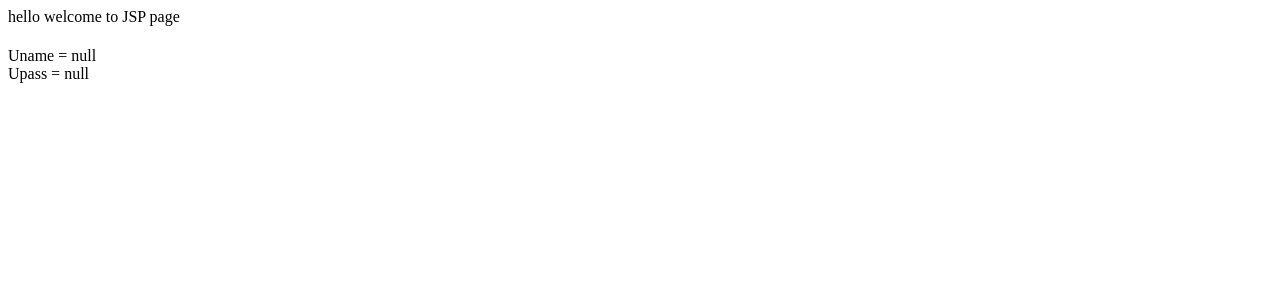
Repository: Asterisc-Institute/Adv-Java-Batch8
Page: http://localhost/Jsp-Day01/home.jsp
The author's editor kept a copy of each file at every save. The page is drawn from the files as they stood at one save, then again after the next save.
The browser window is 1280 px wide. The pictures show the whole page.
The page is served by Tomcat 9.

Above is the page before, as saved 2023-05-06 15:51:25.

After the next save:
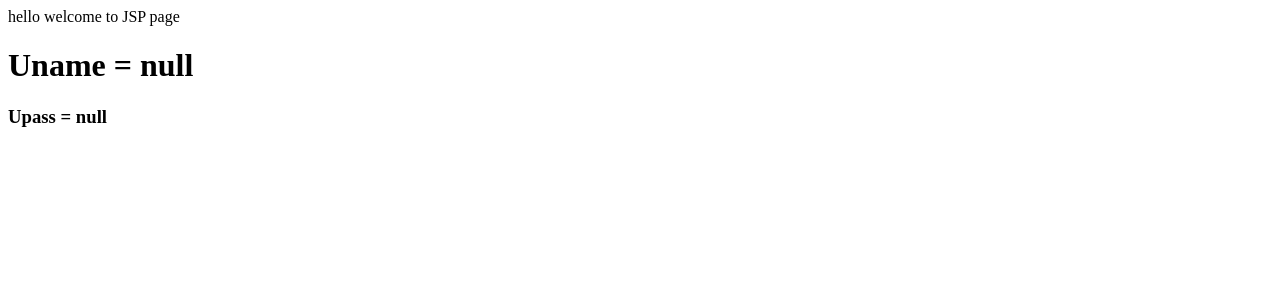
Saved 42 s later.
--- a/Jsp-Day01/WebContent/home.jsp
+++ b/Jsp-Day01/WebContent/home.jsp
@@ -20,9 +20,9 @@
 %>
 </h1>
 
-Uname = <%=uname %><br/>
+<h1>Uname = <%=uname %></h1>
 
-Upass = <%=upass %><br/>
+<h3>Upass = <%=upass %></h3>
 
 
 
